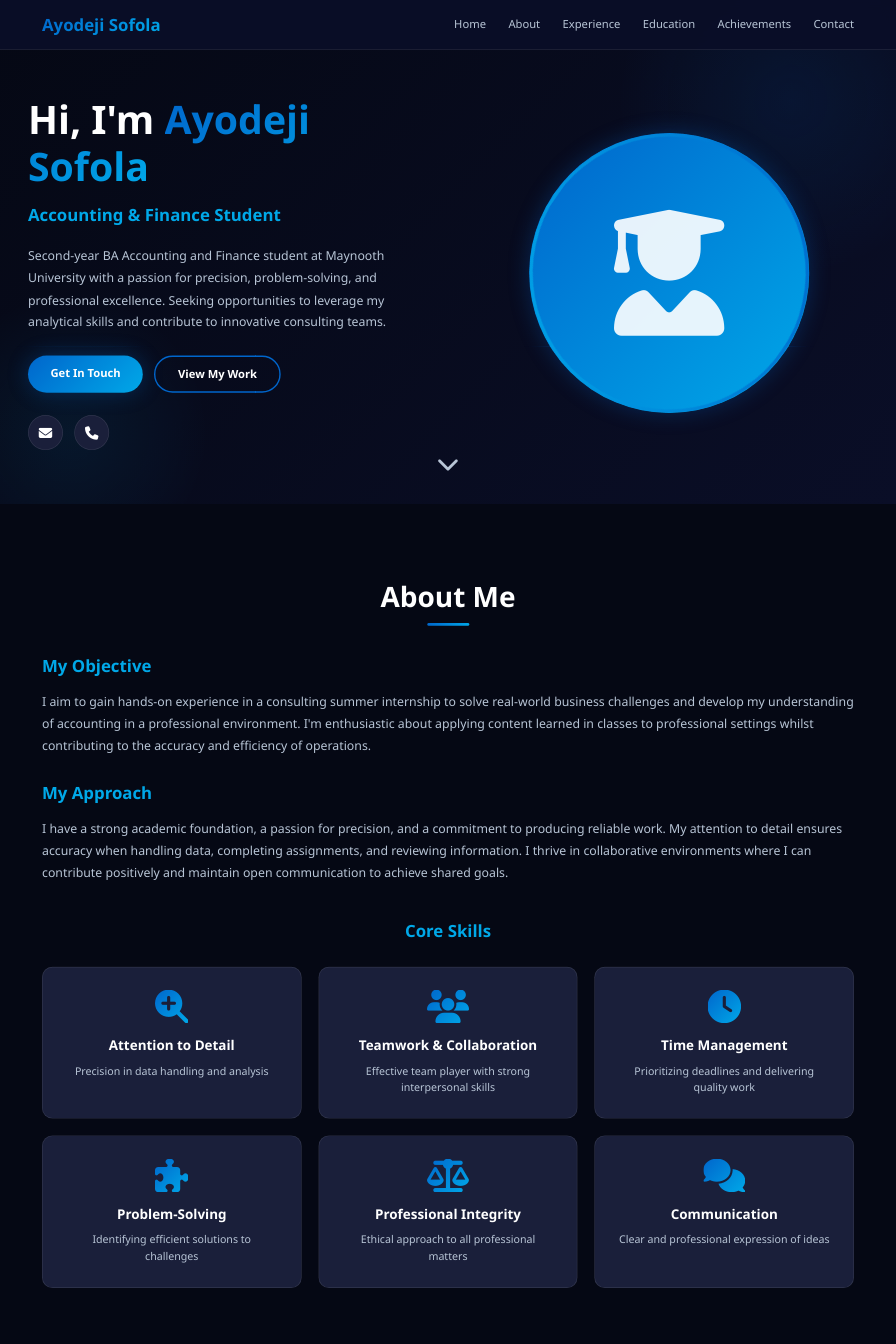
Repository: Daniel-01000/Ayodeji-s_Website
Page: index.html
These files come from the project's save history. The page is drawn as it stood at one moment and after the next save; the edit follows.
The browser window is 1280 px wide. The pictures show the part of the page from y = 0 to 1920 px (the page is 6450 px tall), at 70% of full size.

Above is the page before, as saved 2025-11-30 04:13:21.

After the next save:
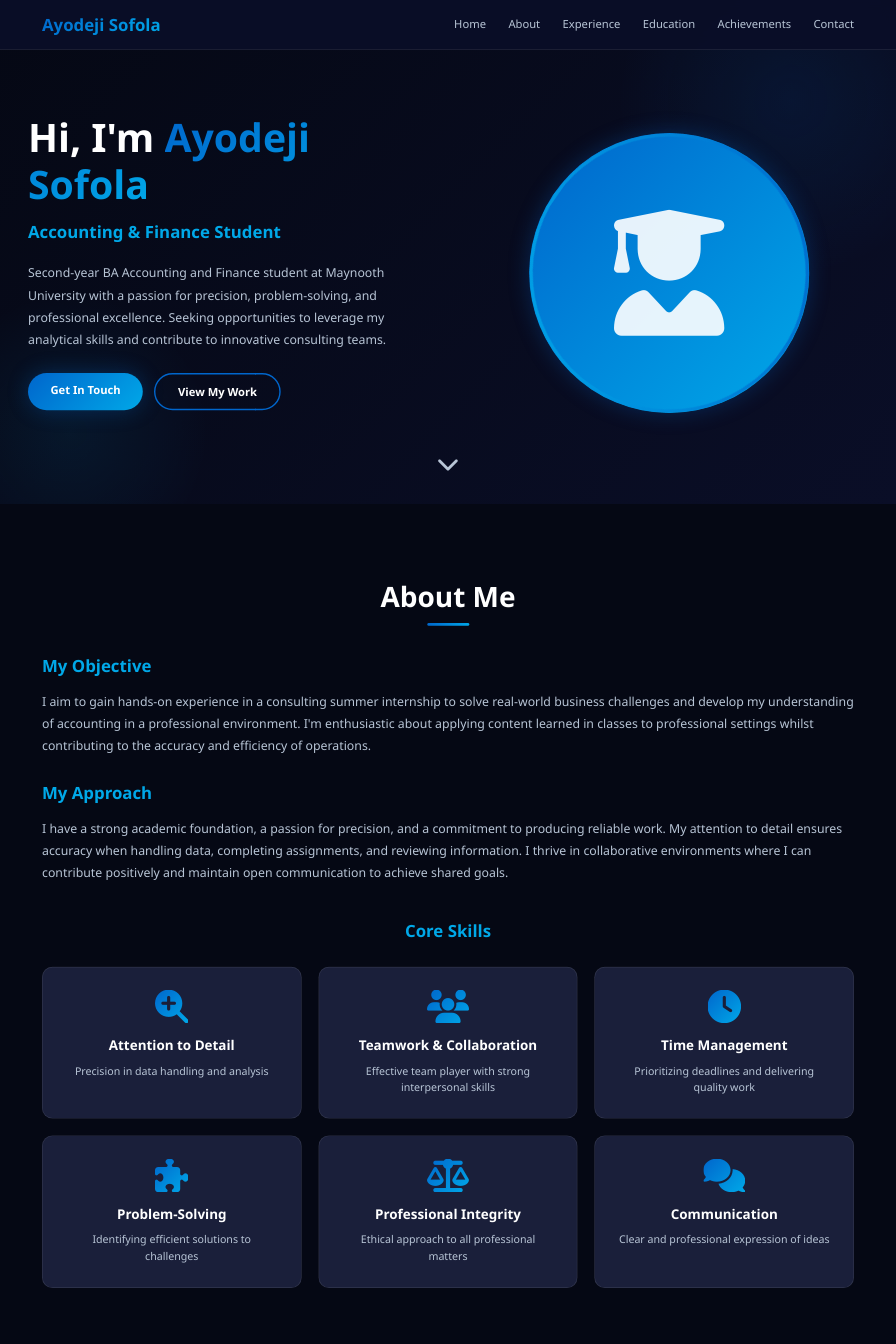
Saved 26 s later.
--- a/index.html
+++ b/index.html
@@ -45,14 +45,6 @@
                     <a href="#contact" class="btn btn-primary">Get In Touch</a>
                     <a href="#experience" class="btn btn-secondary">View My Work</a>
                 </div>
-                <div class="hero-social">
-                    <a href="mailto:AYODEJI.SOFOLA.2025@mumail.ie" class="social-link" title="Email">
-                        <i class="fas fa-envelope"></i>
-                    </a>
-                    <a href="tel:0899871256" class="social-link" title="Phone">
-                        <i class="fas fa-phone"></i>
-                    </a>
-                </div>
             </div>
             <div class="hero-image">
                 <div class="image-placeholder">
